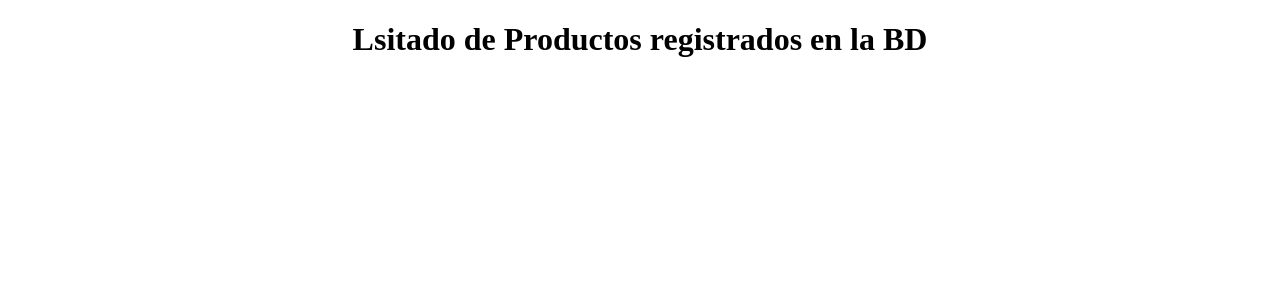
Repository: ErickCis/LPII_CL2_CISNEROSBAUTISTA
Page: http://localhost/LPII_CL2_CISNEROSBAUTISTA/ListadoProducto.jsp
The author's editor kept a copy of each file at every save. The page is drawn from the files as they stood at one save, then again after the next save.
The browser window is 1280 px wide. The pictures show the whole page.
The page is served by Tomcat 9. Other server files are loaded and not shown.

Above is the page before, as saved 2024-06-23 09:07:36.

### LPII_CL2_CISNEROSBAUTISTA/src/main/webapp/ListadoProducto.jsp
<%@ page language="java" contentType="text/html; charset=ISO-8859-1"
    pageEncoding="ISO-8859-1"%>
<!DOCTYPE html PUBLIC "-//W3C//DTD HTML 4.01 Transitional//EN" "http://www.w3.org/TR/html4/loose.dtd">
<html>
<head>
<meta http-equiv="Content-Type" content="text/html; charset=ISO-8859-1">
<title>Listado de Productos</title>
</head bgcolor="#c5dec9">
<h1 align="center">Lsitado de Productos registrados en la BD</h1>

<body>

</body>
</html>

After the next save:
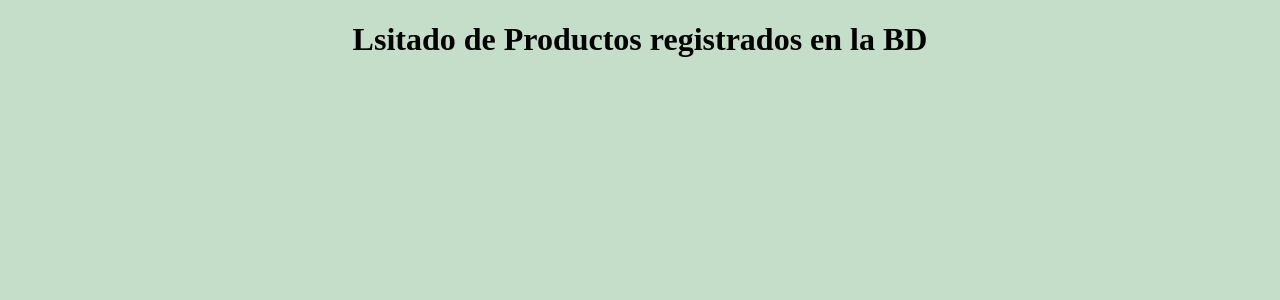
Saved 2 min 24 s later.
--- a/LPII_CL2_CISNEROSBAUTISTA/src/main/webapp/ListadoProducto.jsp
+++ b/LPII_CL2_CISNEROSBAUTISTA/src/main/webapp/ListadoProducto.jsp
@@ -5,10 +5,9 @@
 <head>
 <meta http-equiv="Content-Type" content="text/html; charset=ISO-8859-1">
 <title>Listado de Productos</title>
-</head bgcolor="#c5dec9">
+</head>
+<body bgcolor="#c5dec9">
 <h1 align="center">Lsitado de Productos registrados en la BD</h1>
-
-<body>
 
 </body>
 </html>
